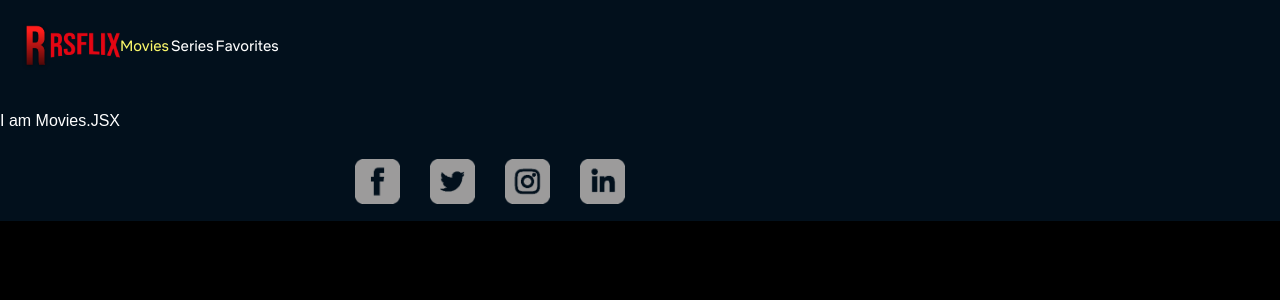
Repository: ronnysalas459/final_project_react
Page: /
An editor plug-in stored every save of this project. The page is shown before and after the next save, followed by the edit.
The browser window is 1280 px wide. The pictures show the whole page.
The project was rebuilt for these pictures with package versions that can differ from the ones it lists, and the page was loaded fresh each time. Also part of the build but not shown: src/containers/Favorites.jsx.

Above is the page before, as saved 2021-09-28 20:18:58.

### src/index.jsx
import React from "react";
import ReactDOM from "react-dom";
import { Provider } from "react-redux";
import { compose } from "redux";
import { createStore, applyMiddleware } from "redux";
import logger from "redux-logger";
import reducer from "./reducers";
import App from "./routes/App";

const initialState = {
  favoriteMovies: [],
  sectionActive: "Movies",
};

const composeEnhancers = window.__REDUX_DEVTOOLS_EXTENSION_COMPOSE__ || compose;

//store

const store = createStore(
  reducer,
  initialState,
  composeEnhancers(applyMiddleware(logger))
);

ReactDOM.render(
  <Provider store = { store }>
    <App />
  </Provider>,
  document.getElementById("root")
);

### src/reducers/index.js
const reducer = (state, action) => {
  switch (action.type) {
    case "SET_FAVORITE":
      return {
        ...state,
        favoriteMovies: [...state.favoriteMovies, action.payload],
      };
    case "DELETE_FAVORITE":
      return {
        ...state,
        favoriteMovies: state.favoriteMovies.filter(
          (items) => items.data.id !== action.payload
        ),
      };
    case "SET_SECTION":
      return {
        ...state,
        sectionActive: action.payload,
      };
    default:
      return state;
  }
};

export default reducer;

### src/routes/App.jsx
import React from "react";
import { BrowserRouter, Switch, Route } from "react-router-dom";
import "../assets/styles/App.scss";
import Movies from "../containers/Movies";
import Favorites from "../containers/Favorites";
import Layout from "../components/Layout";

const App = () => (
  <BrowserRouter>
    <Layout>
      <Switch>
        <Route exact path="/favorites" component={Favorites} />
        <Route exact path="/" component={Movies} />
      </Switch>
    </Layout>
  </BrowserRouter>
);
export default App;

### src/assets/styles/App.scss
@import './Vars.scss';

@mixin colCenCen {
  display: flex;
  flex-direction: column;
  padding: 20px;
}

@mixin flexBetCen {
  display: flex;
  justify-content: space-between;
  align-items: center;
}

@mixin flexCenCen {
  display: flex;
  justify-content: center;
  align-items: center;
}

@mixin flexStaSta {
  display: flex;
  justify-content: flex-start;
  align-items: flex-start;
}

* {
  box-sizing: border-box;
}

a:link,
a:visited {
  color: inherit;
  text-decoration: none;
}

body {
  margin: 0;
  background-color: $dark-color;
  color: $light-color;
  font-family: $text-font;
}

h1,
h2,
h3,
h3,
h4,
h5,
h6 {
  color: $primary-color;
  font-family: $title-font;
}

figure {
  margin: 0;
  padding: 0;
}

section {
  min-height: calc(100vh - 300px);
}

### src/containers/Movies.jsx
import React from 'react'

const Movies = () => (
    <p>
        I am Movies.JSX
    </p>
)

export default Movies

### src/components/Layout.jsx
import React from 'react'
import "../assets/styles/components/Layout.scss";
import Footer from "./Footer";
import Header from "./Header";

const Layout = ({ children }) => (
    <div className="layout">
        <Header />
        { children }
        <Footer />
    </div>

);

export default Layout

### src/assets/styles/Vars.scss
@import '../fonts/style.scss';

//Fonts
$title-font: 'Netflix Sans Regular', 'Netflix Sans Bold';
$text-font: 'Source Sans Pro', sans-serif;

//Colors
$primary-color: #65fafb;
$secondary-color: #62c241;
$success-color: #faf76a;
$dark-color: #000000;
$light-color: #ffffff;
$danger-color: #fc859e;

### src/assets/fonts/style.scss
/* #### Generated By: http://www.cufonfonts.com #### */

    @font-face {
    font-family: 'Netflix Sans Regular';
    font-style: normal;
    font-weight: normal;
    src: local('Netflix Sans Regular'), url('NetflixSansRegular.woff') format('woff');
    }


    @font-face {
    font-family: 'Netflix Sans Icon';
    font-style: normal;
    font-weight: normal;
    src: local('Netflix Sans Icon'), url('NetflixSansIcon.woff') format('woff');
    }


    @font-face {
    font-family: 'Netflix Sans Thin';
    font-style: normal;
    font-weight: normal;
    src: local('Netflix Sans Thin'), url('NetflixSansThin.woff') format('woff');
    }


    @font-face {
    font-family: 'Netflix Sans Light';
    font-style: normal;
    font-weight: normal;
    src: local('Netflix Sans Light'), url('NetflixSansLight.woff') format('woff');
    }


    @font-face {
    font-family: 'Netflix Sans Medium';
    font-style: normal;
    font-weight: normal;
    src: local('Netflix Sans Medium'), url('NetflixSansMedium.woff') format('woff');
    }


    @font-face {
    font-family: 'Netflix Sans Bold';
    font-style: normal;
    font-weight: normal;
    src: local('Netflix Sans Bold'), url('NetflixSansBold.woff') format('woff');
    }


    @font-face {
    font-family: 'Netflix Sans Black';
    font-style: normal;
    font-weight: normal;
    src: local('Netflix Sans Black'), url('NetflixSansBlack.woff') format('woff');
    }

### src/assets/styles/components/Layout.scss
@import "../App.scss";

.layout {
  background: #000
    url(../../static/images/background.png) repeat top
    center;
  z-index: 0;
}

### src/components/Footer.jsx
import React from "react";
import logoFacebook from "../assets/static/icons/facebook.png";
import logoTwitter  from "../assets/static/icons/twitter.png";
import logoInstagram  from "../assets/static/icons/instagram.png";
import logoLinkedin  from "../assets/static/icons/linkedin.png";
import "../assets/styles/components/Footer.scss";

const Footer = () => (
  <footer className="footer">
    <div className="footer__made">
      <a
        className="option"
        href="https://www.facebook.com/ronny.salas.7"
        rel="noopener noreferrer"
        target="_blank"
      >
         <img src={logoFacebook} alt="logo" width="45" height="45"></img>
      </a>
      <a
        className="option"
        href="https://twitter.com/RonnySalas"
        rel="noopener noreferrer"
        target="_blank"
      >
        <img src={logoTwitter} alt="logo" width="45" height="45"></img>
      </a>
      <a
        className="option"
        href="https://www.instagram.com/rsalas459/?hl=es"
        rel="noopener noreferrer"
        target="_blank"
      >
        <img src={logoInstagram} alt="logo" width="45" height="45"></img>
      </a>
      <a
        className="option"
        href="https://www.linkedin.com/in/ronny-salas-2525ab13a"
        rel="noopener noreferrer"
        target="_blank"
      >
        <img src={logoLinkedin} alt="logo" width="45" height="45"></img>
      </a>
    </div>
  </footer>
);

export default Footer;

### src/components/Header.jsx
import React from "react";
import { Link } from "react-router-dom";
import { useSelector, useDispatch } from "react-redux";
import { setSection } from "../actions";
import "../assets/styles/components/Header.scss";
import Logo from "../assets/static/images/logo.png";

const Header = () => {
  const sectionActive = useSelector((state) => state.sectionActive);
  const dispatch = useDispatch();

  const handleSetSection = (section) => {
    dispatch(setSection(section));
  };
  return (
    <header className="header">
      <figure className="header__logo">
        <img className="header__logo-img" src={Logo} alt="Netflix" />
      </figure>
      <nav className="header__nav">
        <ul className="header__nav__options">
          <li
            onclick={() => handleSetSection("Movies")}
            className={`header__nav__options-item ${
              sectionActive === "Movies" ? "active" : ""
            }`}
          >
            <Link to="/">Movies</Link>
          </li>
          <li
            onClick={() => handleSetSection("Favorites")}
            className={`header__nav__options-item ${
              sectionActive === "Favorites" ? "active" : ""
            }`}
          >
            <Link to="/series">Series</Link>
                  </li>
                  <li
            onClick={() => handleSetSection("Favorites")}
            className={`header__nav__options-item ${
              sectionActive === "Favorites" ? "active" : ""
            }`}
          >
            <Link to="/favorites">Favorites</Link>
          </li>
        </ul>
      </nav>
    </header>
  );
};

export default Header;

### src/assets/styles/components/Footer.scss
@import '../App.scss';

.footer {
  @include flexBetCen;
  margin: 0 20px;
  height: 75px;
}

.footer__made {
  @include flexStaSta;
  width: 50%;
  height: 100%;
  display: flex;
  align-items: center;
  justify-content: flex-end;

  .option {
    padding: 10px 15px;
    cursor: pointer;
  }
}

.logo {
  display:flex;
  cursor: pointer;
  width: 45px;
  height: 45px;
  position: relative;
  top: -25px;
  left: 245px;
}

.logo-img {
  color: #00a9e6;

}

.footer__location {
  span {
    color: #14b600;
  }
}

### src/actions/index.js
export const setFavorite = (payload) => ({
  type: "SET_FAVORITE",
  payload,
});

export const deleteFavorite = (payload) => ({
  type: "DELETE_FAVORITE",
  payload,
});

export const setSection = (payload) => ({
  type: "SET_SECTION",
  payload,
});

### src/assets/styles/components/Header.scss
@import '../App.scss';

.header {
  @include colCenCen;
  display: flex;
  flex-direction: row;
}

.header__logo-img {
  width: 100px;
  height: auto;
}

.header__nav__options {
  @include flexCenCen;
  padding: 0;
}

.header__nav__options-item {
  margin-right: 2px;
  font-size: 15px;
  font-family: $title-font;
  list-style-type: none;
}

.header__nav__options-item.active {
  color: $success-color
}

.header__nav__options-item:last-child {
  margin-right: 0;
}

.header__nav__options-item:hover {
  cursor: pointer;
  color: $success-color;
}

Loaded but not shown: public/index.html (common file)

After the next save:
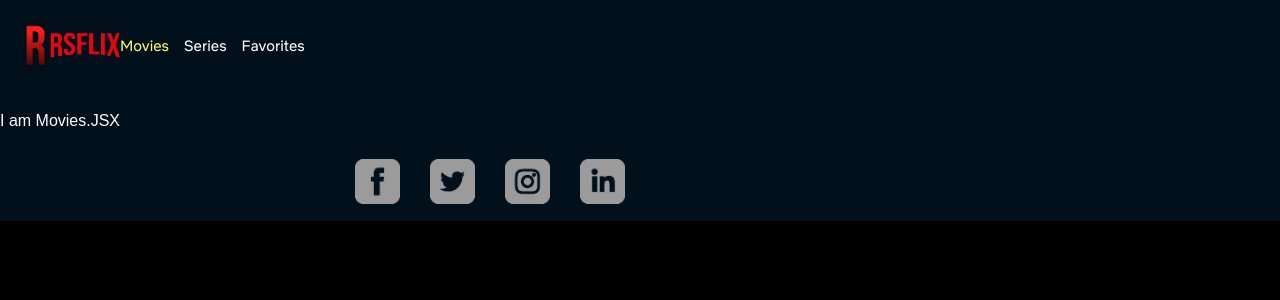
Saved 5 s later.
--- a/src/assets/styles/components/Header.scss
+++ b/src/assets/styles/components/Header.scss
@@ -17,7 +17,7 @@
 }
 
 .header__nav__options-item {
-  margin-right: 2px;
+  margin-right: 15px;
   font-size: 15px;
   font-family: $title-font;
   list-style-type: none;
